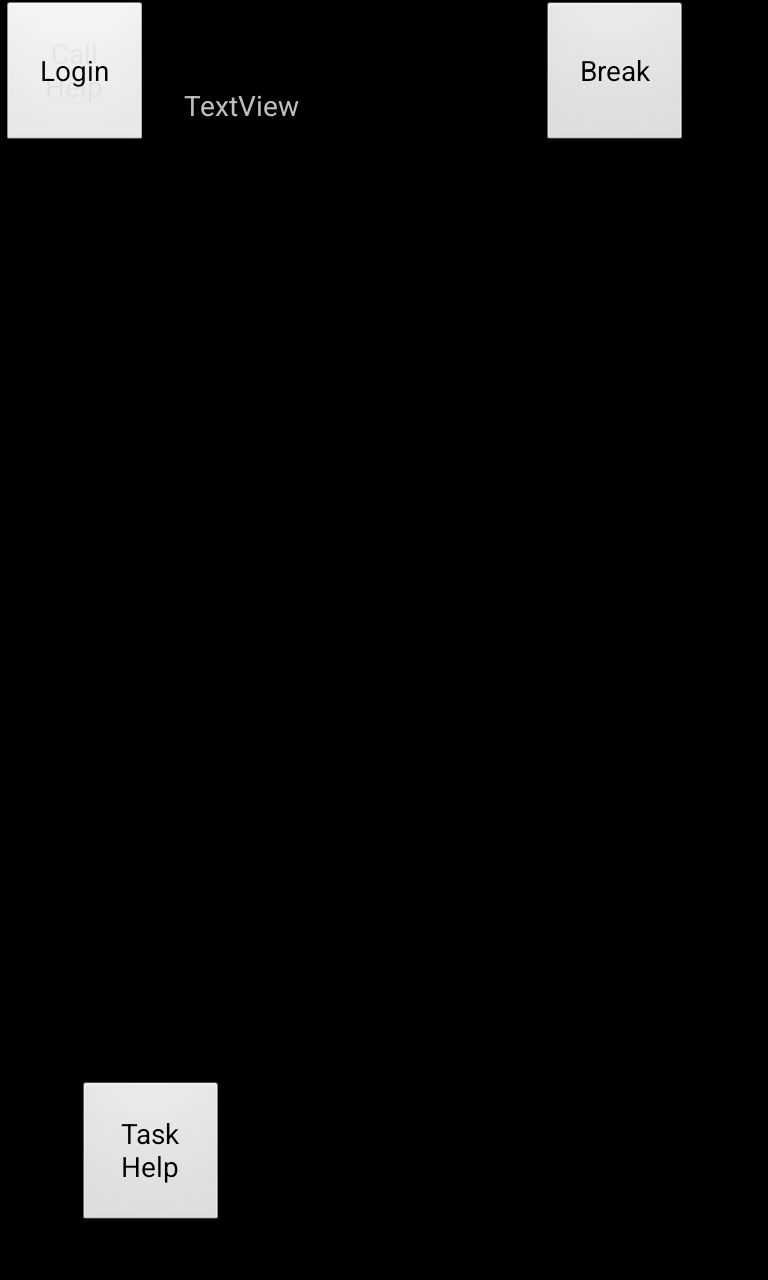
Repository: Crimson-Coders/project_java
Layout: appdev/Task_Tree_Activity/res/layout/main.xml
These files come from the project's save history. The layout is drawn as it stood at one moment and after the next save; the edit follows.
It is drawn on a 768 x 1280 px phone screen (xhdpi) without system bars, with theme android:Theme; the app's code is not run.

Above is the layout before, as saved 2011-10-19 17:45:04.

After the next save:
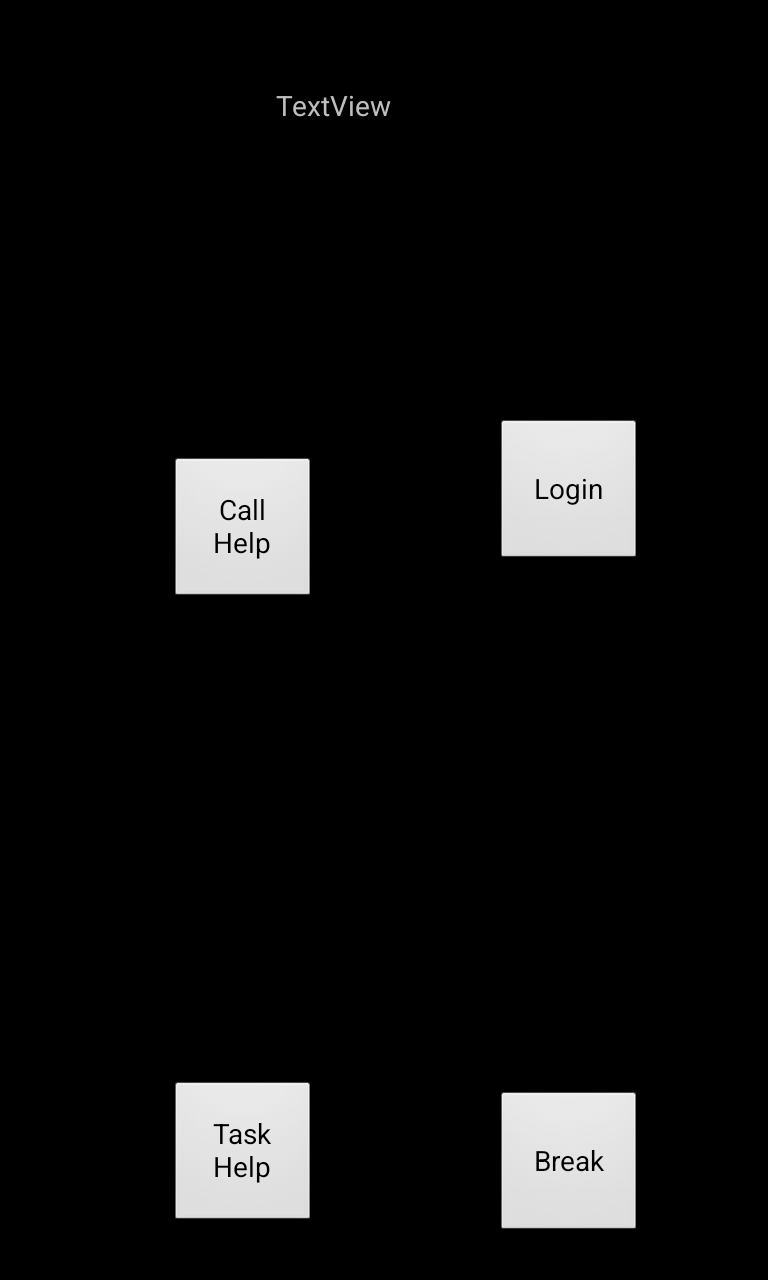
Saved 23 s later.
--- a/appdev/Task_Tree_Activity/res/layout/main.xml
+++ b/appdev/Task_Tree_Activity/res/layout/main.xml
@@ -15,33 +15,6 @@
             android:layout_marginLeft="38dp"
             android:text="Task Help" />
 
-        <Button
-            android:id="@+id/callHelp"
-            android:layout_width="150px"
-            android:layout_height="150px"
-            android:layout_above="@+id/button1"
-            android:layout_alignLeft="@+id/button1"
-            android:layout_marginBottom="22dp"
-            android:text="Call Help" />
-
-        <Button
-            android:id="@+id/breakButton"
-            android:layout_width="150px"
-            android:layout_height="150px"
-            android:layout_alignParentRight="true"
-            android:layout_below="@+id/button2"
-            android:layout_marginRight="39dp"
-            android:text="Break" />
-
-        <Button
-            android:id="@+id/login"
-            android:layout_width="150px"
-            android:layout_height="150px"
-            android:layout_alignBaseline="@+id/button2"
-            android:layout_alignBottom="@+id/button2"
-            android:layout_alignLeft="@+id/button4"
-            android:text="Login" />
-
         <TextView
             android:id="@+id/textView1"
             android:layout_width="400px"
@@ -51,4 +24,32 @@
             android:layout_marginTop="43dp"
             android:text="TextView" />
 
+        <Button
+            android:id="@+id/login"
+            android:layout_width="150px"
+            android:layout_height="150px"
+            android:layout_alignRight="@+id/textView1"
+            android:layout_below="@+id/textView1"
+            android:layout_marginRight="16dp"
+            android:layout_marginTop="16dp"
+            android:text="Login" />
+
+        <Button
+            android:id="@+id/callHelp"
+            android:layout_width="150px"
+            android:layout_height="150px"
+            android:layout_alignBaseline="@+id/login"
+            android:layout_alignBottom="@+id/login"
+            android:layout_alignLeft="@+id/taskHelp"
+            android:text="Call Help" />
+
+        <Button
+            android:id="@+id/breakButton"
+            android:layout_width="150px"
+            android:layout_height="150px"
+            android:layout_alignBaseline="@+id/taskHelp"
+            android:layout_alignBottom="@+id/taskHelp"
+            android:layout_alignLeft="@+id/login"
+            android:text="Break" />
+
     </RelativeLayout>
